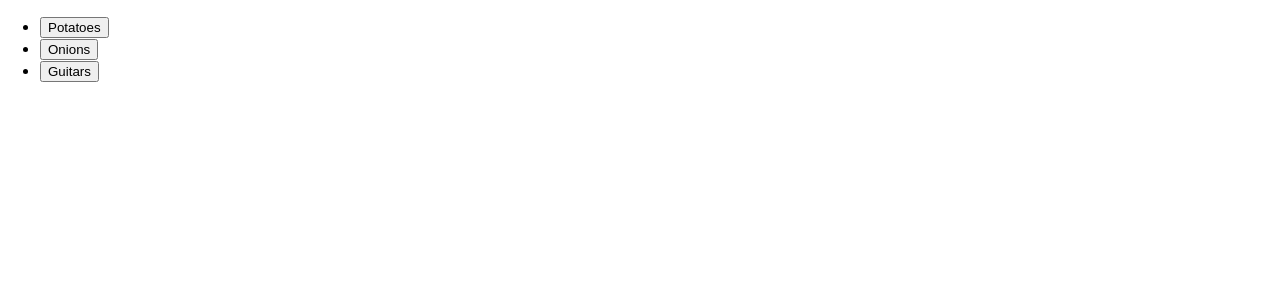
Repository: mhyder1/autofi
Page: /
These files come from the project's save history. The page is drawn as it stood at one moment and after the next save; the edit follows.
The browser window is 1280 px wide. The pictures show the whole page.
The project was rebuilt for these pictures with package versions that can differ from the ones it lists, and the page was loaded fresh each time. Also part of the build but not shown: src/drills/Bomb.js, src/drills/HelloWorld.js, src/drills/RouletteGun.js, src/drills/Tabs.js.

Above is the page before, as saved 2021-06-21 06:00:06.

After the next save:
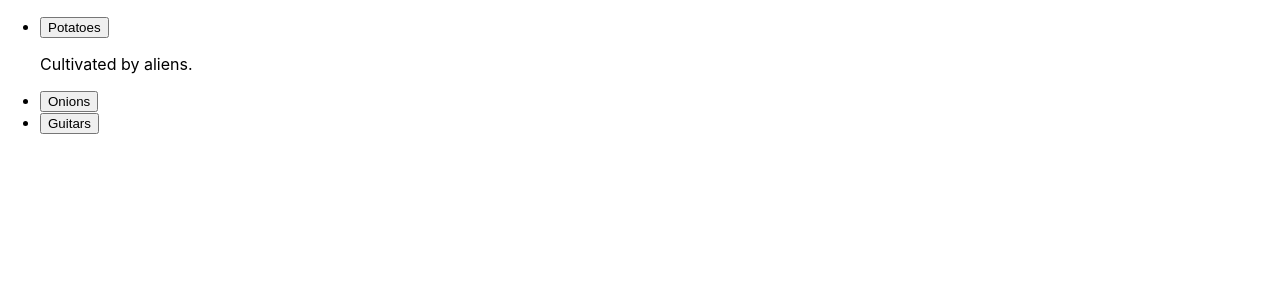
Saved 3 min 54 s later.
--- a/src/drills/Accordion.js
+++ b/src/drills/Accordion.js
@@ -1,7 +1,7 @@
 import React, { useState } from "react";
 export default function Accordion({sections = []}) {
 
-  const [ expandedID, setExpandedID ] = useState(null)
+  const [ expandedID, setExpandedID ] = useState(1)
 
   const populateList = () => {
     return sections.map(({id, title, content}) => (

After the save that followed:
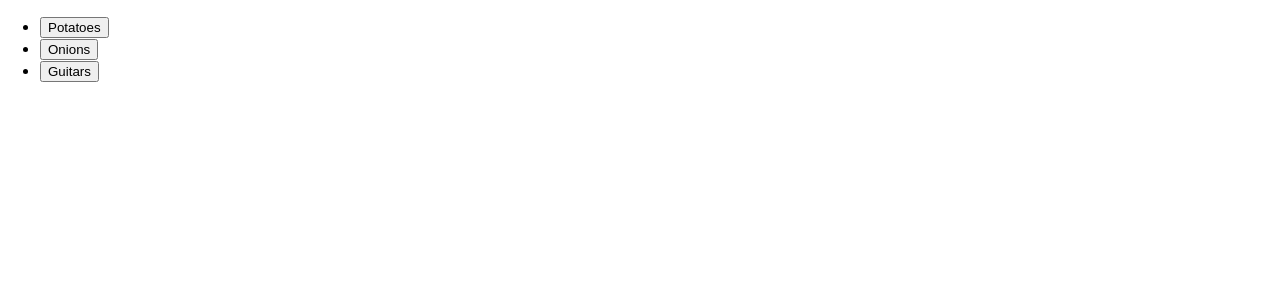
Saved 14 s later.
--- a/src/drills/Accordion.js
+++ b/src/drills/Accordion.js
@@ -1,7 +1,7 @@
 import React, { useState } from "react";
 export default function Accordion({sections = []}) {
 
-  const [ expandedID, setExpandedID ] = useState(1)
+  const [ expandedID, setExpandedID ] = useState(null)
 
   const populateList = () => {
     return sections.map(({id, title, content}) => (
